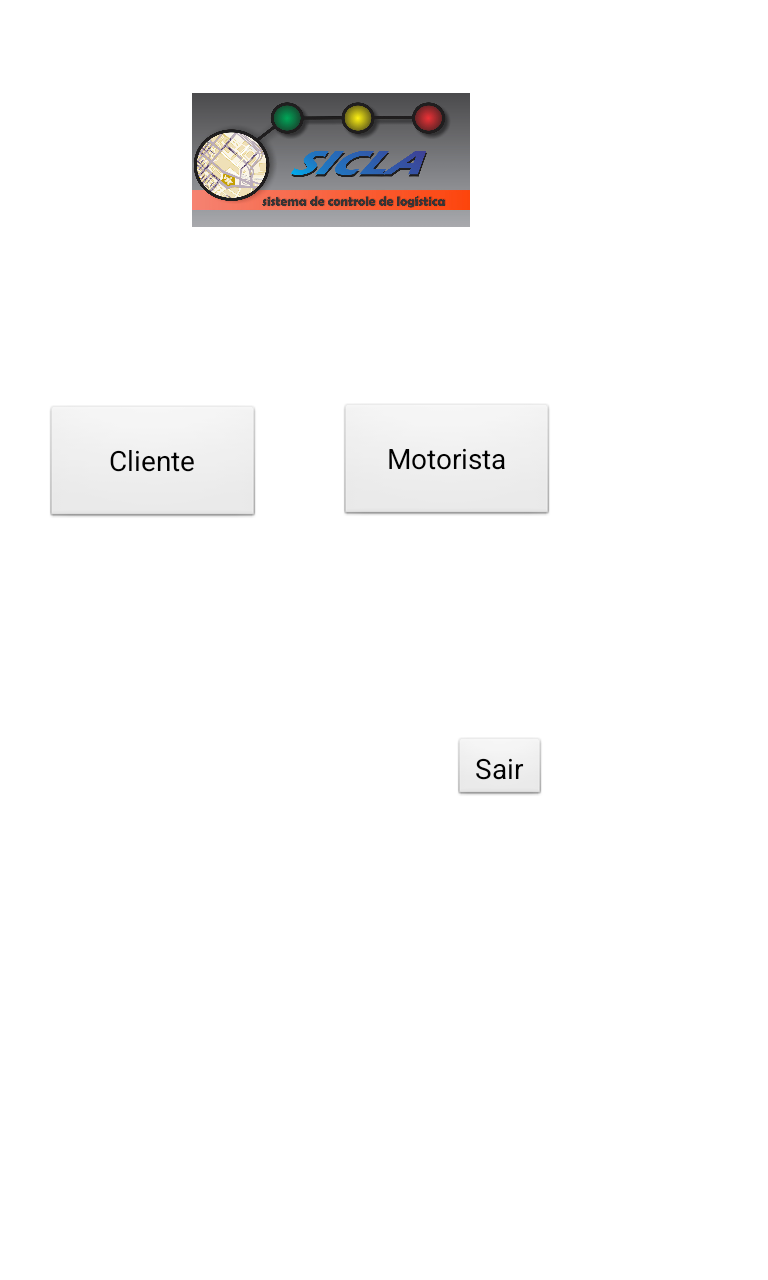
Repository: danielpedroza/SICLA
Layout: Sicla/res/layout/menuprincipal.xml
These files come from the project's save history. The layout is drawn as it stood at one moment and after the next save; the edit follows.
It is drawn on a 768 x 1280 px phone screen (xhdpi) without system bars, with theme AppTheme; the app's code is not run.

Above is the layout before, as saved 2013-07-06 05:00:54.

### Sicla/res/layout/menuprincipal.xml
<ScrollView xmlns:android="http://schemas.android.com/apk/res/android"
    xmlns:tools="http://schemas.android.com/tools"

     android:layout_width="match_parent"
     android:layout_height="match_parent"

    >

<RelativeLayout
    android:layout_width="match_parent"
    android:layout_height="wrap_content"
    android:paddingBottom="@dimen/activity_vertical_margin"
    android:paddingLeft="@dimen/activity_horizontal_margin"
    android:paddingRight="@dimen/activity_horizontal_margin"
    android:paddingTop="@dimen/activity_vertical_margin"
    tools:context=".MenuPrincipal" >

    <AbsoluteLayout
        android:layout_width="match_parent"
        android:layout_height="match_parent"
        android:layout_alignParentBottom="true"
        android:layout_centerHorizontal="true" >

        <Button
            android:id="@+id/button_cliente"
            android:layout_width="109dp"
            android:layout_height="61dp"
            android:layout_x="6dp"
            android:layout_y="186dp"
            android:text="Cliente"
            android:onClick="logincliente"/>

        <Button
            android:id="@+id/Button01"
            android:layout_width="109dp"
            android:layout_height="61dp"
            android:layout_x="153dp"
            android:layout_y="185dp"
            android:text="Motorista" />


        <Button
            android:id="@+id/button2"
            android:layout_width="48dp"
            android:layout_height="34dp"
            android:layout_x="210dp"
            android:layout_y="352dp"
            android:text="Sair" />

        <ImageView
            android:id="@+id/imageView1"
            android:layout_width="139dp"
            android:layout_height="120dp"
            android:layout_x="80dp"
            android:layout_y="4dp"
            android:src="@drawable/sicla" />

    </AbsoluteLayout>

</RelativeLayout>
</ScrollView>

Loaded but not shown: Sicla/res/values/styles.xml (common file); Sicla/res/values/dimens.xml (common file)

After the next save:
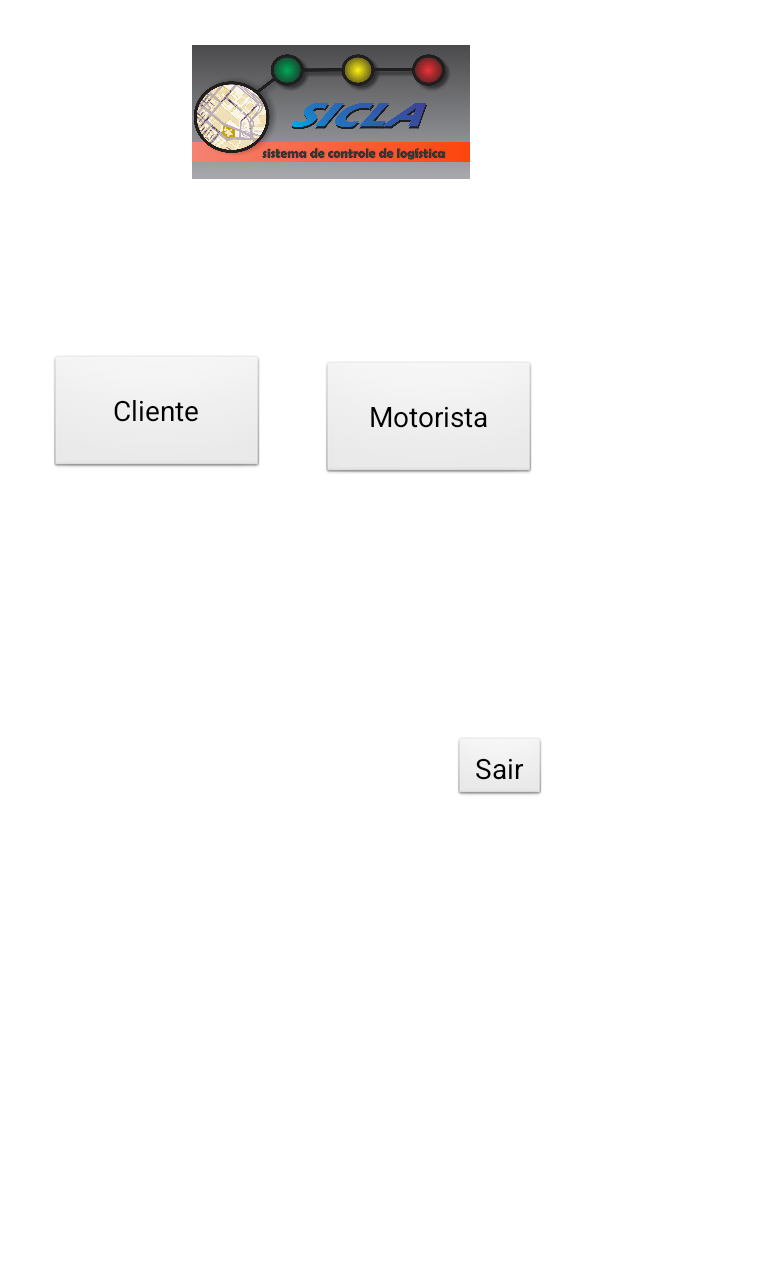
Saved 2 min 25 s later.
--- a/Sicla/res/layout/menuprincipal.xml
+++ b/Sicla/res/layout/menuprincipal.xml
@@ -21,23 +21,6 @@
         android:layout_alignParentBottom="true"
         android:layout_centerHorizontal="true" >
 
-        <Button
-            android:id="@+id/button_cliente"
-            android:layout_width="109dp"
-            android:layout_height="61dp"
-            android:layout_x="6dp"
-            android:layout_y="186dp"
-            android:text="Cliente"
-            android:onClick="logincliente"/>
-
-        <Button
-            android:id="@+id/Button01"
-            android:layout_width="109dp"
-            android:layout_height="61dp"
-            android:layout_x="153dp"
-            android:layout_y="185dp"
-            android:text="Motorista" />
-
 
         <Button
             android:id="@+id/button2"
@@ -52,8 +35,25 @@
             android:layout_width="139dp"
             android:layout_height="120dp"
             android:layout_x="80dp"
-            android:layout_y="4dp"
+            android:layout_y="-20dp"
             android:src="@drawable/sicla" />
+
+        <Button
+            android:id="@+id/button_cliente"
+            android:layout_width="109dp"
+            android:layout_height="61dp"
+            android:layout_x="8dp"
+            android:layout_y="161dp"
+            android:onClick="logincliente"
+            android:text="Cliente" />
+
+        <Button
+            android:id="@+id/Button01"
+            android:layout_width="109dp"
+            android:layout_height="61dp"
+            android:layout_x="144dp"
+            android:layout_y="164dp"
+            android:text="Motorista" />
 
     </AbsoluteLayout>
 
